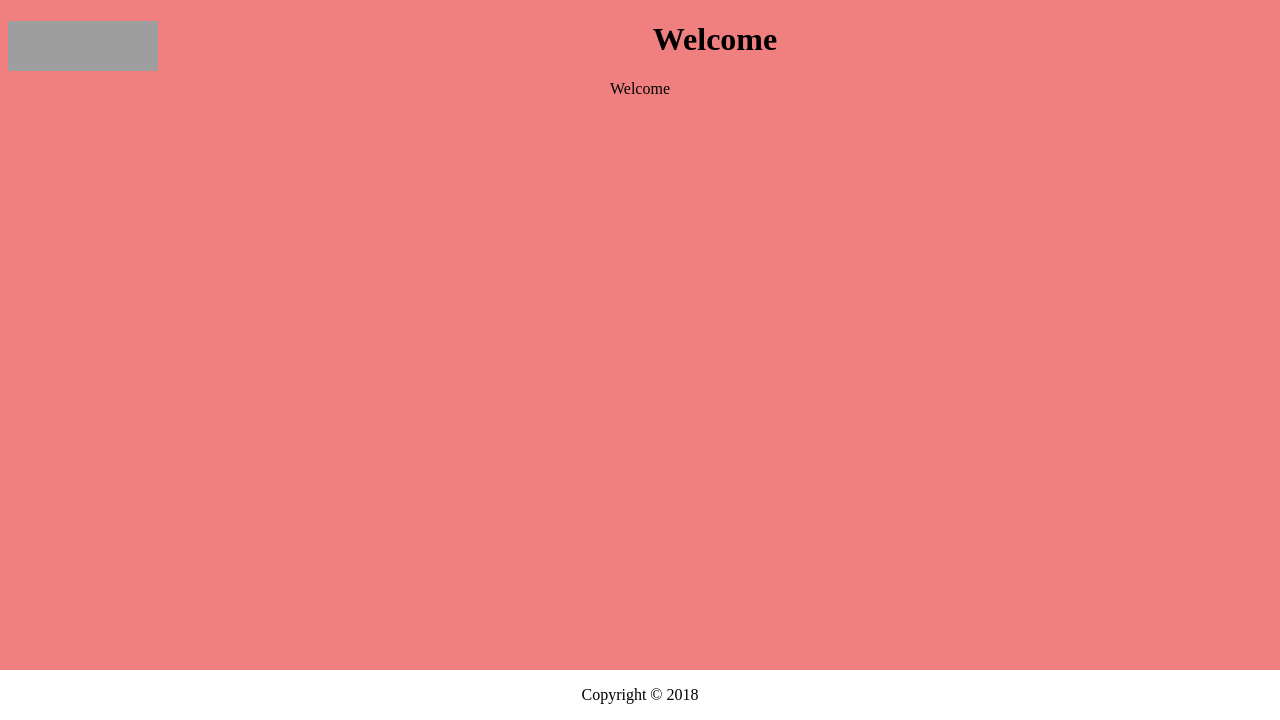
Repository: laikrish/day10
Page: http://localhost/BankApp/homepage.jsp
These files come from the project's save history. The page is drawn as it stood at one moment and after the next save; the edit follows.
The browser window is 1280 px wide. The pictures show the whole page.
Pictures or frames that could not be fetched are drawn as grey boxes. The page is served by Tomcat 9.

Above is the page before, as saved 2018-09-12 12:09:42.

After the next save:
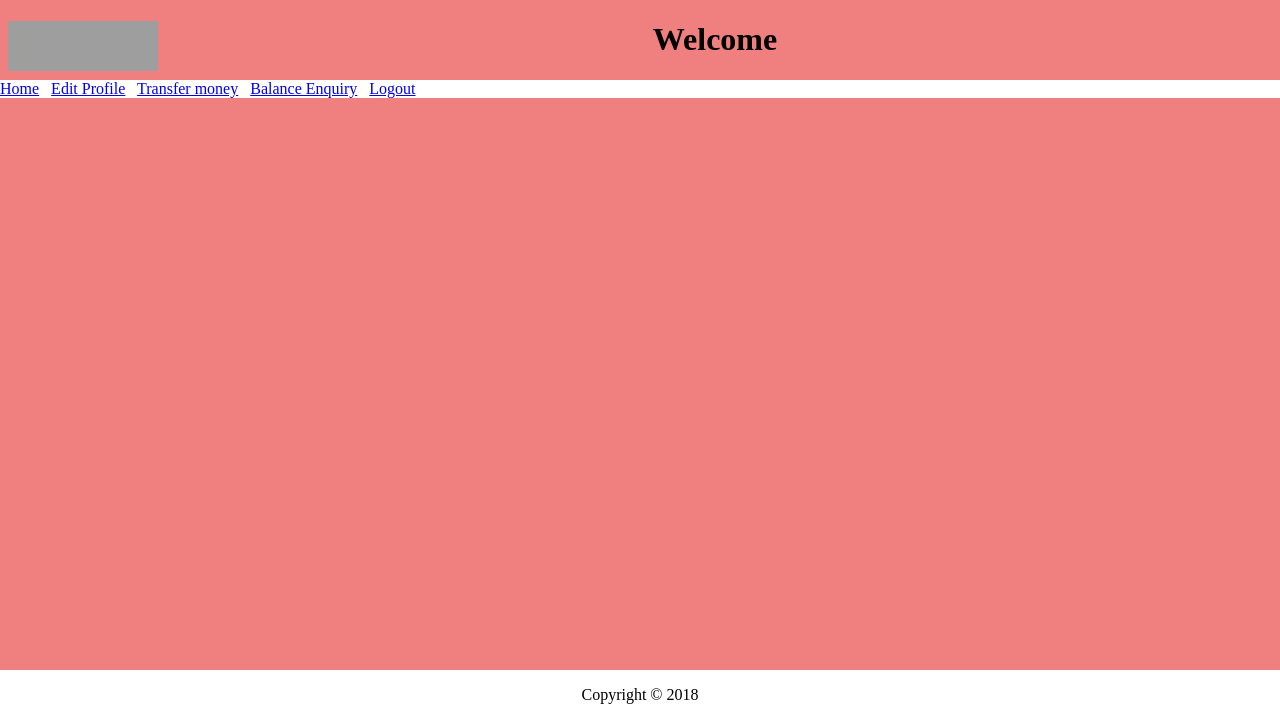
Saved 17 s later.
--- a/BankApp/WebContent/header1.jsp
+++ b/BankApp/WebContent/header1.jsp
@@ -4,12 +4,41 @@
 <html>
 <head>
 <meta charset="ISO-8859-1">
-<title>welcome</title>
+<title>Insert title here</title>
 </head>
 <body>
+<style>
+.header {
+   position:fixed;
+   left:0;
+   top:50;
+   width:1000%;
+  background-color:white;
+  color:black;
+  text-align:left;
+  }
+  </style>
+  </head>
+  <body>
+  <div class="header">
 
-<% out.println("Welcome");
-%>
+     <a href="homePage.jsp">Home</a>
+        &nbsp
+
+        <a href="updateProfile.jsp">Edit Profile</a>
+        &nbsp
+
+		<a href="fundTransfer.jsp">Transfer money</a>
+		&nbsp
+
+		<a href="checkBalance">Balance Enquiry</a>
+		&nbsp
+
+		<a href="welcome.jsp">Logout</a>
+		&nbsp
+
+
+  </div>
 
 </body>
 </html>
